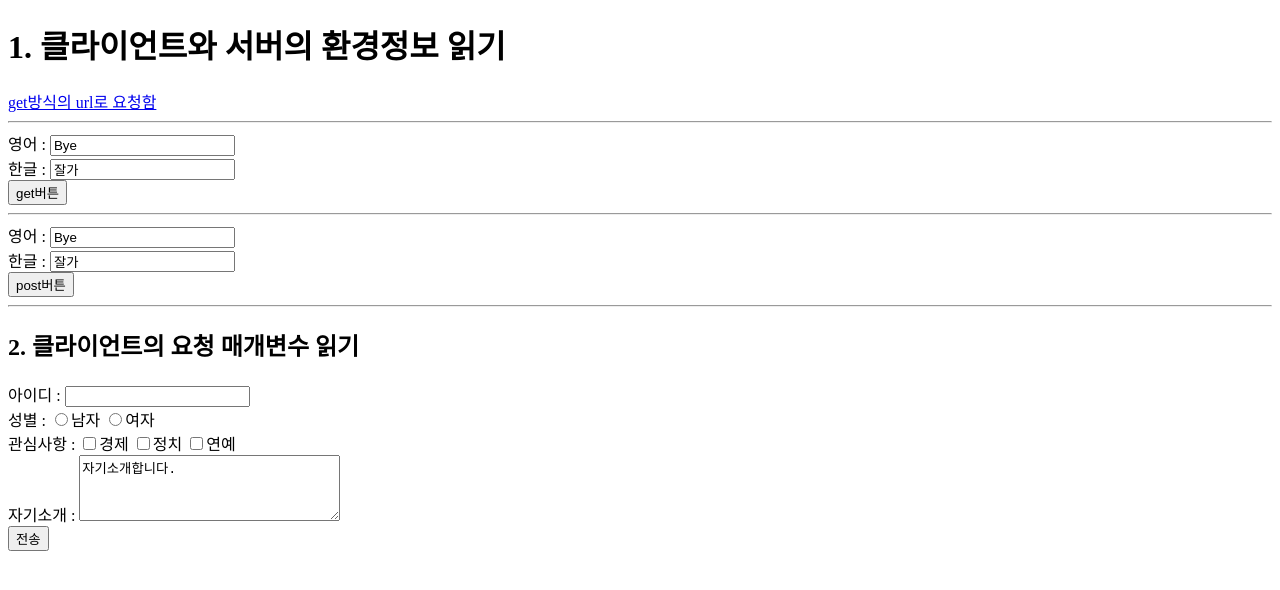
Repository: AHJ2616/Java
Page: http://localhost/board-jsp/02ImplicitObject/RequestMain.jsp
These files come from the project's save history. The page is drawn as it stood at one moment and after the next save; the edit follows.
The browser window is 1280 px wide. The pictures show the whole page.
The page is served by Tomcat 9. Other server files are loaded and not shown.

Above is the page before, as saved 2024-07-22 07:44:45.

### jsp_workspace/board-jsp/src/main/webapp/02ImplicitObject/RequestMain.jsp
<%@ page language="java" contentType="text/html; charset=UTF-8"
    pageEncoding="UTF-8"%>
<!DOCTYPE html><html><head><meta charset="UTF-8"><title>RequestMain.jsp : 요청에 대한 처리를 담당</title></head>
<body>
	<!-- request는 클라이언트(고객)가 값을 요청할 때 처리되는 내장된 메모리 영역 -->
	<!-- 메서드는 2개가 있는데 get방식, post방식 이 있다. -->
	<!-- get방식은 url을 통해서 요청하는 방법 : 가볍다, 보안상 좋지 않다. -->
	<!-- post방식은 body를 통해서 요청하는 방법 : 보안상 좋고, 대용량 처리가 가능, 무겁다. -->

	<h1> 1. 클라이언트와 서버의 환경정보 읽기 </h1>
	<a href="./RequestWebInfo.jsp?eng=hello&han=안녕"> get방식의 url로 요청함</a>
	<br>
	<hr>
	<form action="RequestWebInfo.jsp" method="get">
	영어 : <input type="text" name="eng" value="Bye" /><br>
	한글 : <input type="text" name="han" value="잘가" /><br>
			<input type="submit" value="get버튼" />
	</form>
	<hr>
	<form action="RequestWebInfo.jsp" method="post">
	영어 : <input type="text" name="eng" value="Bye" /><br>
	한글 : <input type="text" name="han" value="잘가" /><br>
			<input type="submit" value="post버튼" />
	</form>
	<hr>
	<h2> 2. 클라이언트의 요청 매개변수 읽기</h2>
	<form method="post"  action="RequestParameter.jsp">
	아이디 : <input type="text" name="id" value="" /> <br>

	성별 : <!-- radio : 단일선택용 -->
		<input type="radio" name="sex" value="man" />남자
		<input type="radio" name="sex" value="woman" />여자 <br>

	관심사항 : <!--checkbox : 복수선택용  -->
		<input type="checkbox" name="favo" value="eco" />경제
		<input type="checkbox" name="favo" value="pol" />정치
		<input type="checkbox" name="favo" value="ent" />연예 <br>

	자기소개 : <!-- textarea : 설명창  -->
		<textarea rows="4" cols="30" name="intro">자기소개합니다.</textarea> <br>

		<input type="submit" value="전송" />
		<!-- <input type="submit"> 전송 </input> -->

	</form>






</body>
</html>

After the next save:
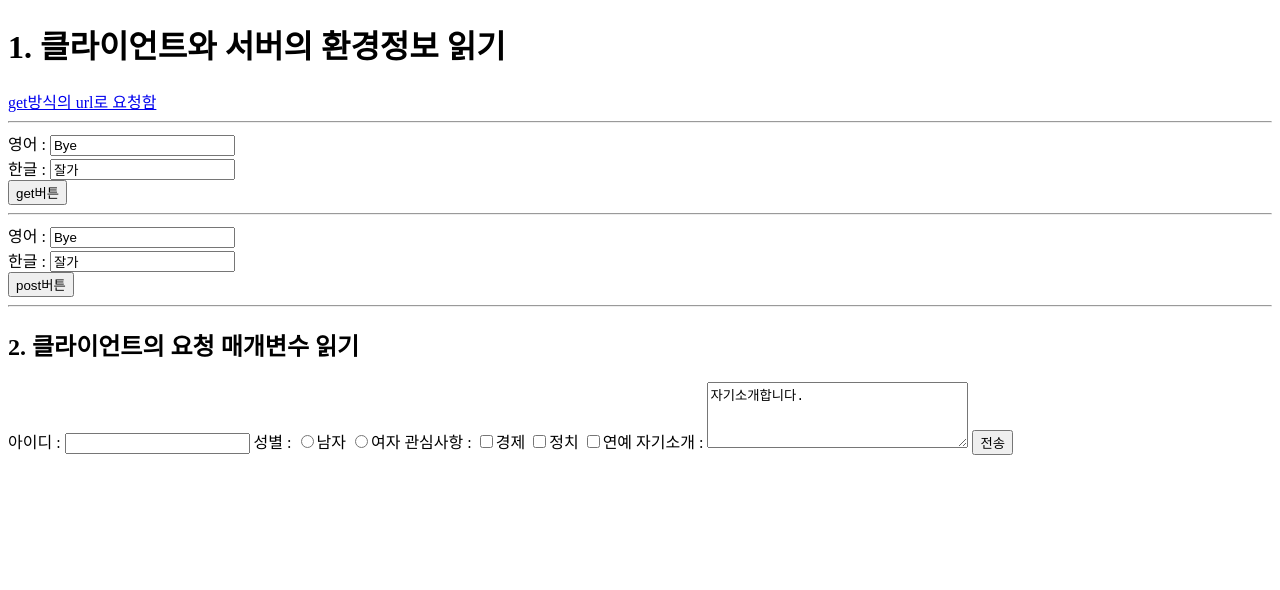
Saved 71 s later.
--- a/jsp_workspace/board-jsp/src/main/webapp/02ImplicitObject/RequestMain.jsp
+++ b/jsp_workspace/board-jsp/src/main/webapp/02ImplicitObject/RequestMain.jsp
@@ -25,19 +25,19 @@
 	<hr>
 	<h2> 2. 클라이언트의 요청 매개변수 읽기</h2>
 	<form method="post"  action="RequestParameter.jsp">
-	아이디 : <input type="text" name="id" value="" /> <br>
+	아이디 : <input type="text" name="id" value="" />
 
 	성별 : <!-- radio : 단일선택용 -->
 		<input type="radio" name="sex" value="man" />남자
-		<input type="radio" name="sex" value="woman" />여자 <br>
+		<input type="radio" name="sex" value="woman" />여자
 
 	관심사항 : <!--checkbox : 복수선택용  -->
 		<input type="checkbox" name="favo" value="eco" />경제
 		<input type="checkbox" name="favo" value="pol" />정치
-		<input type="checkbox" name="favo" value="ent" />연예 <br>
+		<input type="checkbox" name="favo" value="ent" />연예
 
 	자기소개 : <!-- textarea : 설명창  -->
-		<textarea rows="4" cols="30" name="intro">자기소개합니다.</textarea> <br>
+		<textarea rows="4" cols="30" name="intro">자기소개합니다.</textarea>
 
 		<input type="submit" value="전송" />
 		<!-- <input type="submit"> 전송 </input> -->

After the save that followed:
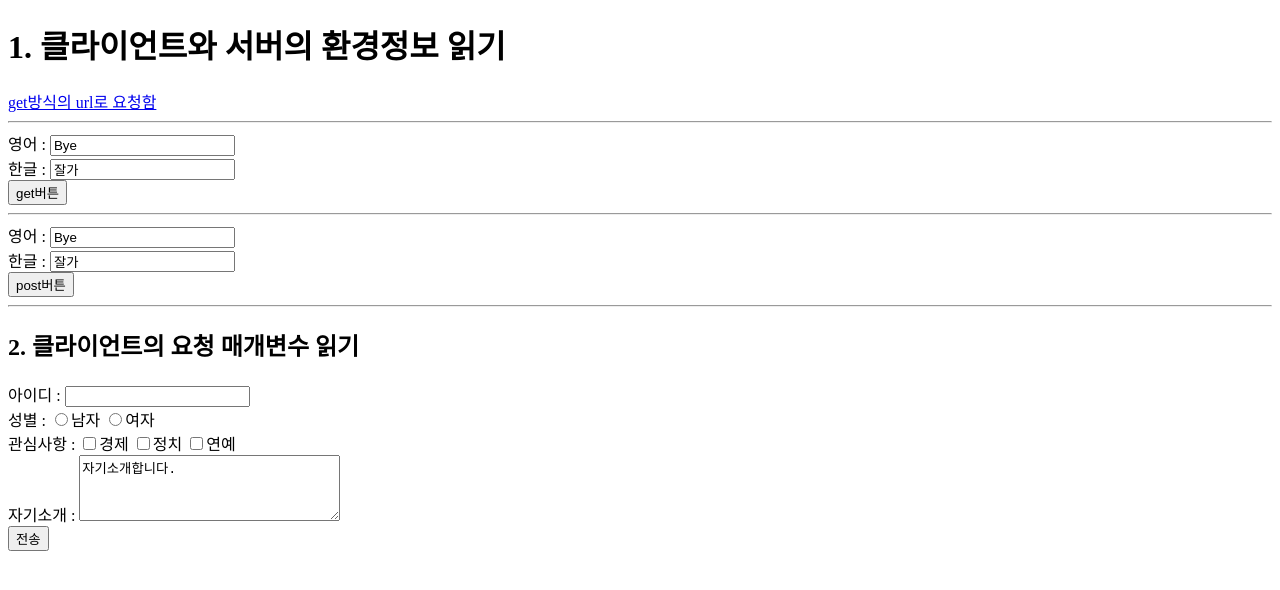
Saved 21 s later.
--- a/jsp_workspace/board-jsp/src/main/webapp/02ImplicitObject/RequestMain.jsp
+++ b/jsp_workspace/board-jsp/src/main/webapp/02ImplicitObject/RequestMain.jsp
@@ -25,19 +25,19 @@
 	<hr>
 	<h2> 2. 클라이언트의 요청 매개변수 읽기</h2>
 	<form method="post"  action="RequestParameter.jsp">
-	아이디 : <input type="text" name="id" value="" />
+	아이디 : <input type="text" name="id" value="" /> <br>
 
 	성별 : <!-- radio : 단일선택용 -->
 		<input type="radio" name="sex" value="man" />남자
-		<input type="radio" name="sex" value="woman" />여자
+		<input type="radio" name="sex" value="woman" />여자 <br>
 
 	관심사항 : <!--checkbox : 복수선택용  -->
 		<input type="checkbox" name="favo" value="eco" />경제
 		<input type="checkbox" name="favo" value="pol" />정치
-		<input type="checkbox" name="favo" value="ent" />연예
+		<input type="checkbox" name="favo" value="ent" />연예 <br>
 
 	자기소개 : <!-- textarea : 설명창  -->
-		<textarea rows="4" cols="30" name="intro">자기소개합니다.</textarea>
+		<textarea rows="4" cols="30" name="intro">자기소개합니다.</textarea> <br>
 
 		<input type="submit" value="전송" />
 		<!-- <input type="submit"> 전송 </input> -->
